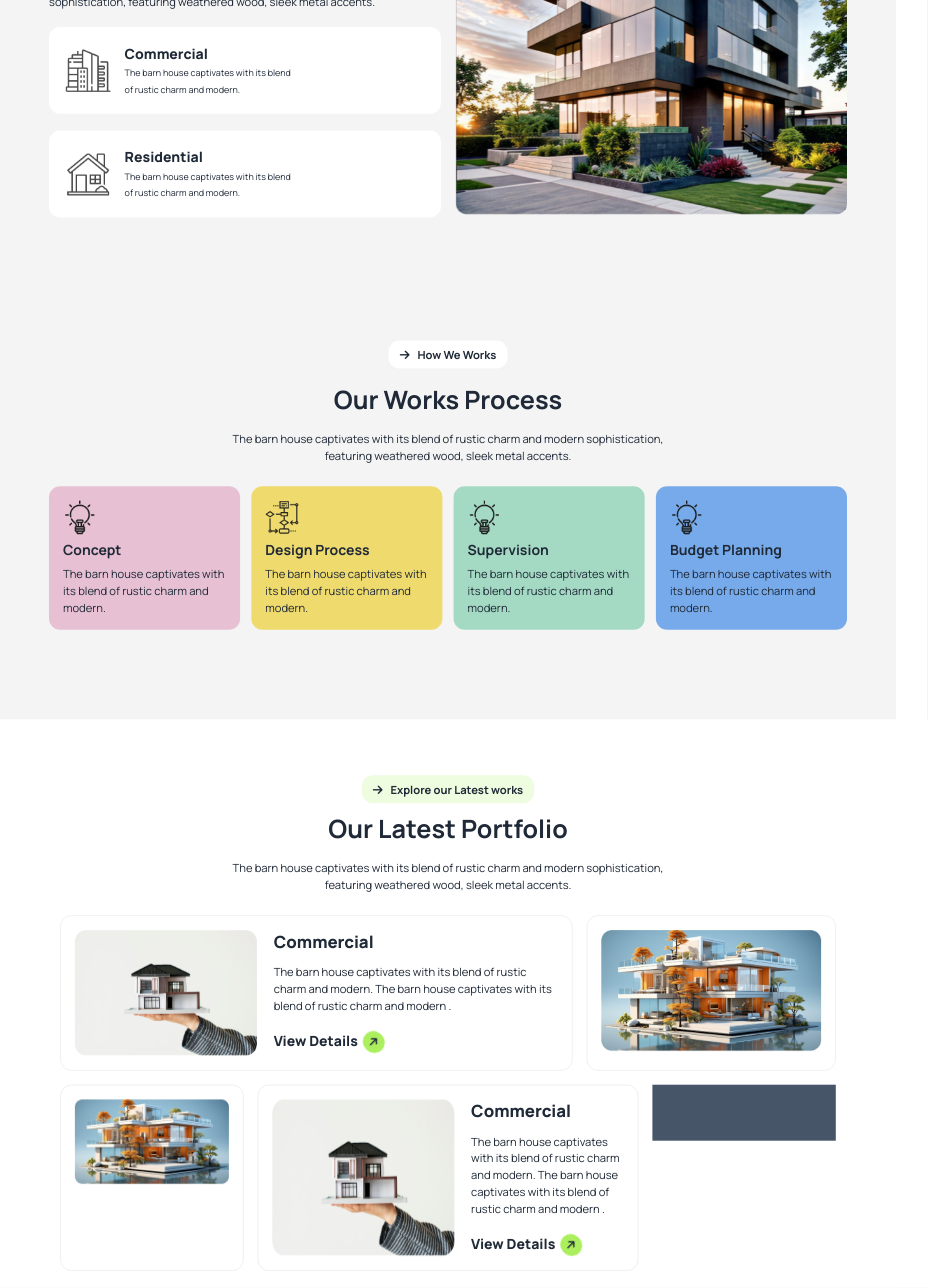
Repository: Tanvir4312/assignment-03
Page: index.html
The author's editor kept a copy of each file at every save. The page is drawn from the files as they stood at one save, then again after the next save.
The browser window is 1280 px wide. The page is 1325 px wide, so the pictures cover 1325 px, including what lies to the right of the window. The pictures show the part of the page from y = 1271 to 3111 px (the page is 3111 px tall before and 3067 px after), at 70% of full size.
Some web libraries are served in a nearby version.

Above is the page before, as saved 2024-10-30 18:52:00.

After the next save:
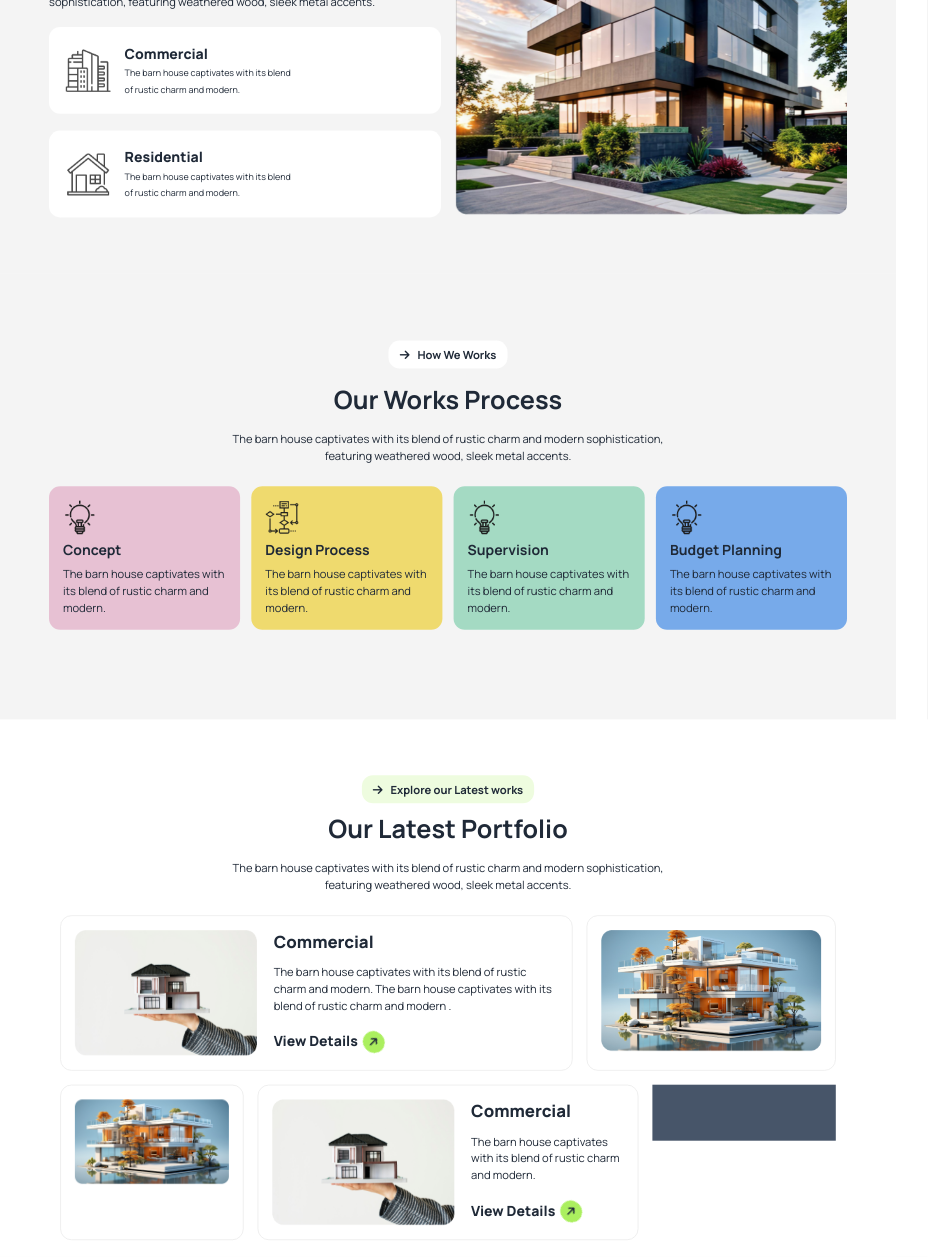
Saved 36 s later.
--- a/index.html
+++ b/index.html
@@ -272,8 +272,7 @@
                             <div>
                                 <h3 class="text-2xl font-extrabold">Commercial</h3>
                                 <p class="pt-4 pb-6">The barn house captivates with its blend of rustic charm and
-                                    modern. The barn house
-                                    captivates with its blend of rustic charm and modern .</p>
+                                    modern.</p>
 
                                 <a class="text-xl font-extrabold pr-1" href="">View Details</a>
                                 <i class="fa-solid fa-arrow-right -rotate-45 bg-bgBtnColor p-2 rounded-full	"></i>
